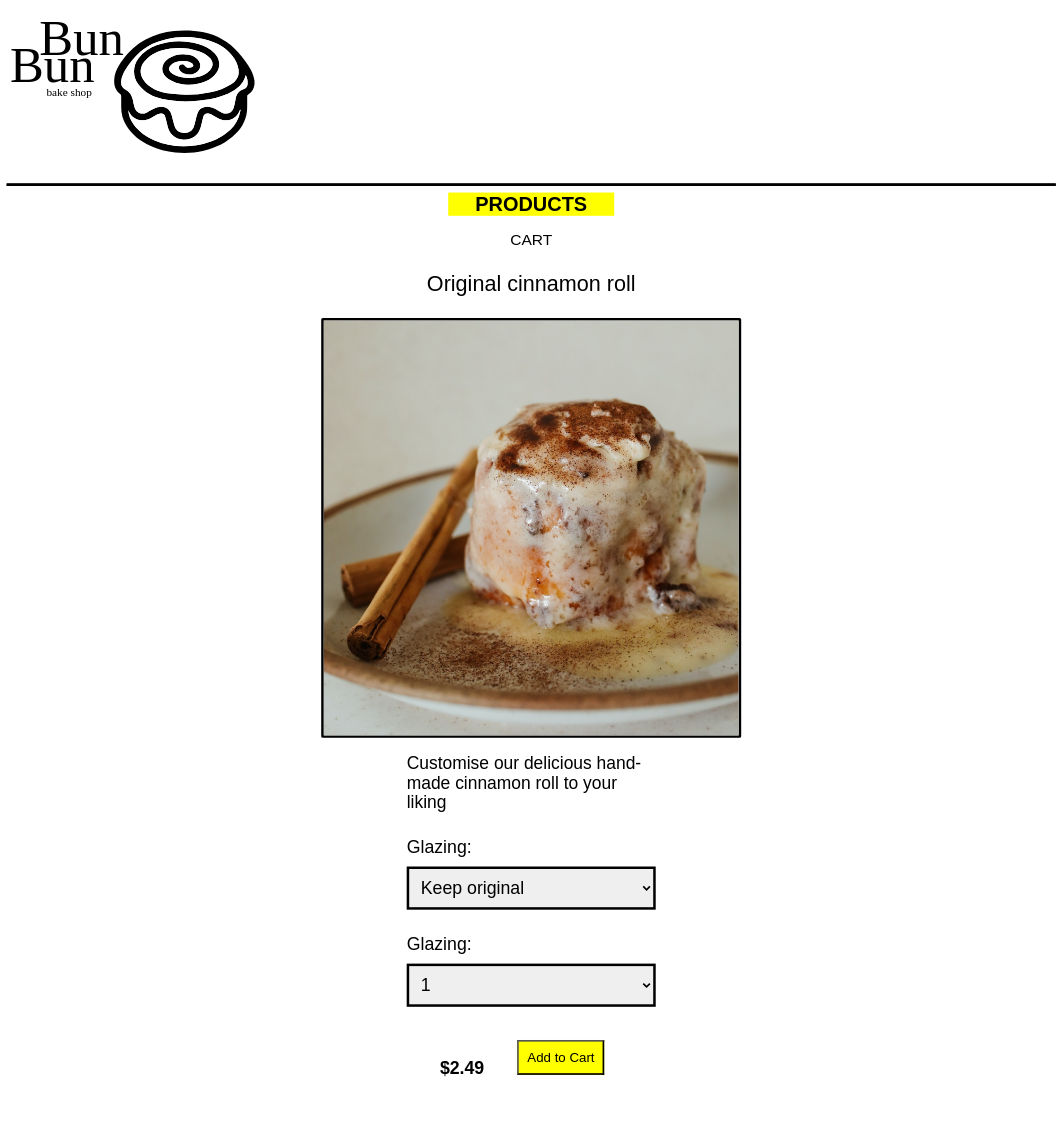
Repository: alicianghm/pui-hw
Page: solution-hw1/HW1-Detail.html
These files come from the project's save history. The page is drawn as it stood at one moment and after the next save; the edit follows.
The browser window is 1280 px wide. The pictures show the whole page, at 83% of full size.

Above is the page before, as saved 2022-09-08 10:33:40.

After the next save:
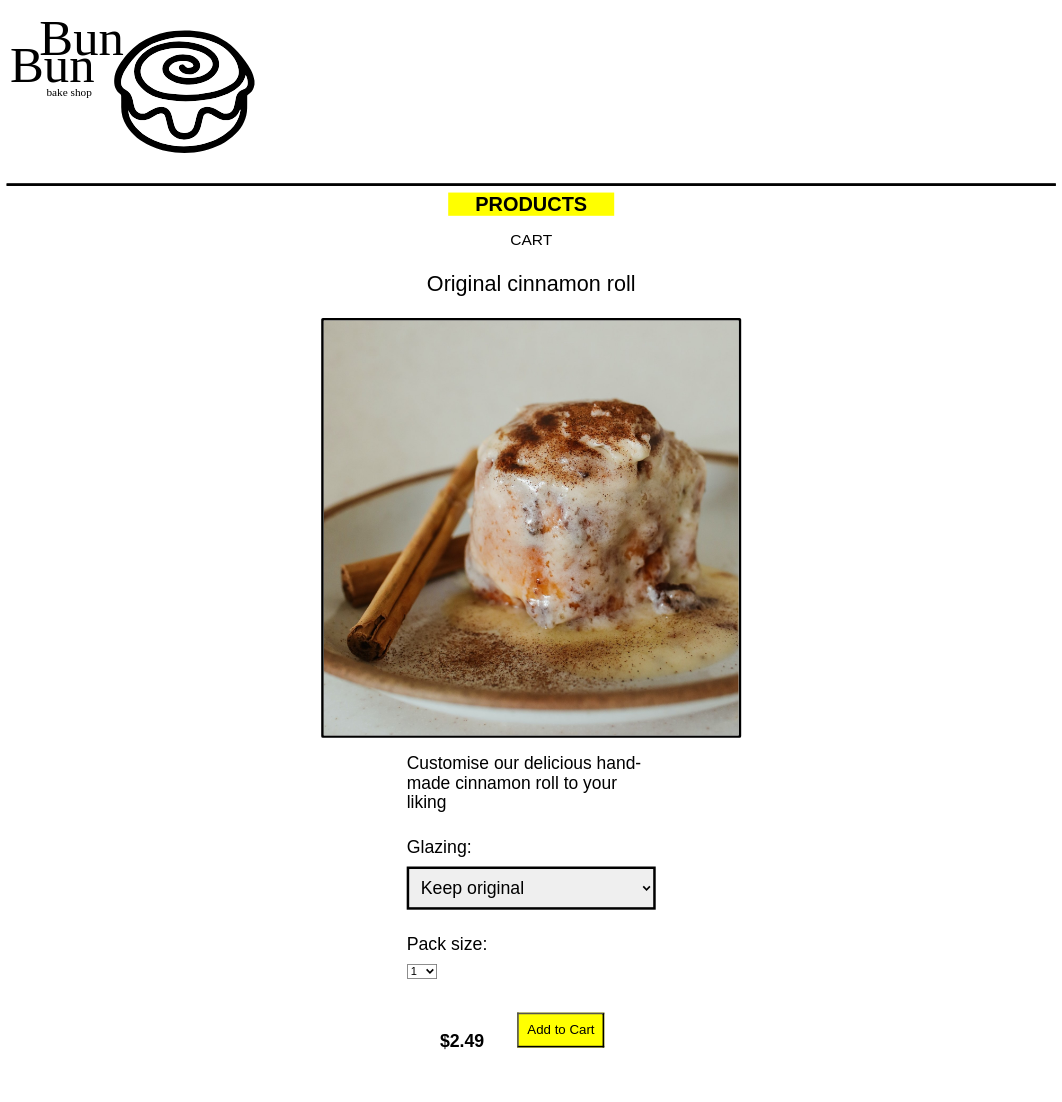
Saved 75 s later.
--- a/solution-hw1/HW1-Detail.html
+++ b/solution-hw1/HW1-Detail.html
@@ -29,9 +29,9 @@
               <option value="Double chocolate">Double chocolate</option>
             </select>
           </div>
-          <p class="dropdownTitle">Glazing:</label>
+          <p class="dropdownTitle">Pack size:</label>
           <div class="options">
-            <select class="glazing">
+            <select class="dropdownOption">
               <option value="1">1</option>
               <option value="3">3</option>
               <option value="6">6</option>
